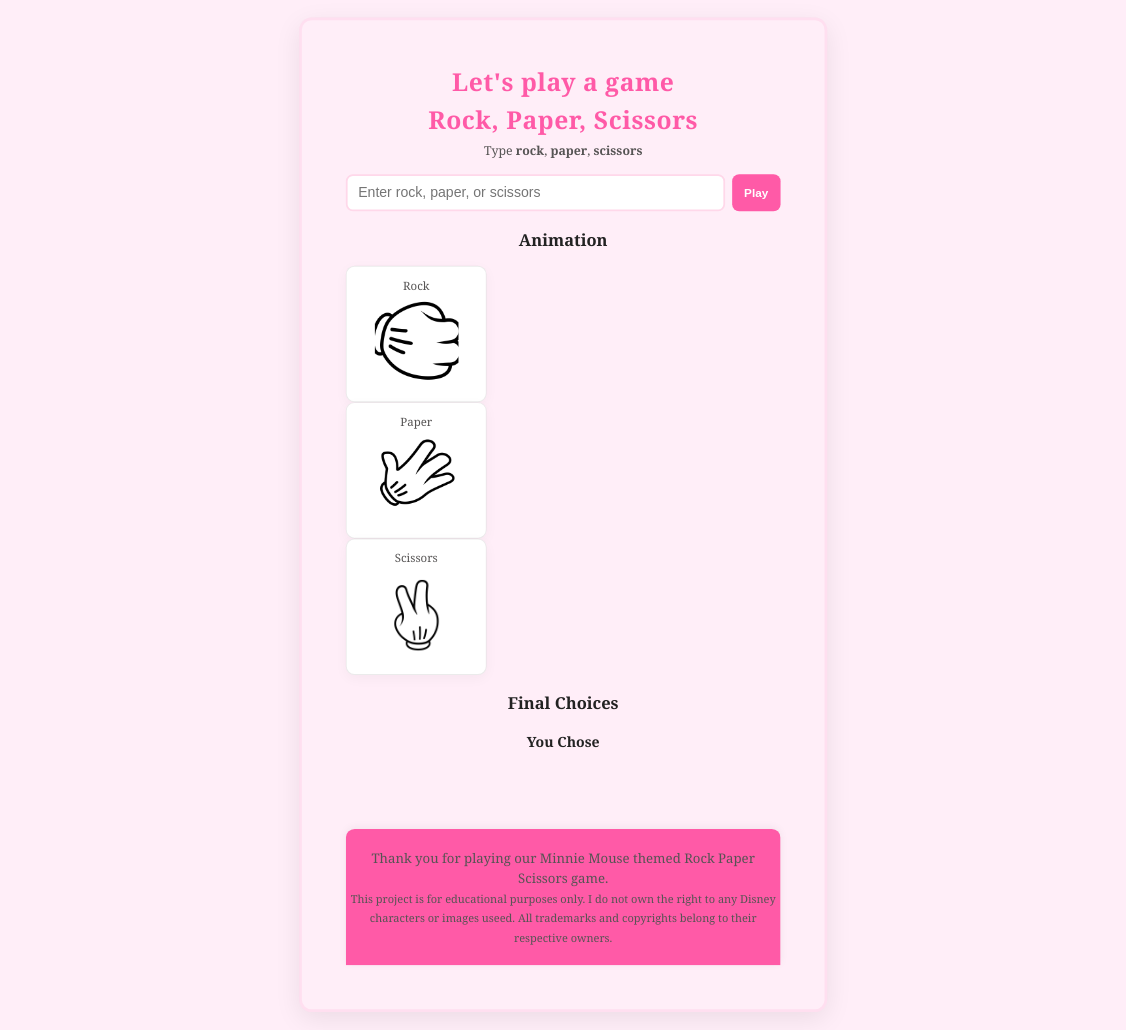
Repository: brittanyramirez/RPS-Game
Page: rps.html
An editor plug-in stored every save of this project. The page is shown before and after a run of saves, followed by the edit.
The browser window is 1280 px wide. The pictures show the whole page, at 88% of full size.

Above is the page before, as saved 2025-11-14 18:40:42.

### rps.html
<!DOCTYPE html>
<html lang="en">
<head>
    <meta charset="UTF-8">
    <meta name="viewport" content="width=device-width, initial-scale=1.0">
    <link rel="stylesheet" href="rps.css">
    <title>Rock Paper Scissor Game</title>

</head>
<body>
    <!-- This is the main container that holds the whole game-->
    <div class="page-center">
        <div class="container">

         <h1 class="title">Let's play a game</h1>
         <h2 class="title">Rock, Paper, Scissors</h2>

         <!--instructions-->
         <p class="subtitle"> Type <strong>rock</strong>, <strong>paper</strong>, <strong>scissors</strong></p>

         <!-- this is the input box-->
         <div class="input-row">
            <input id="userInput" type="text" placeholder="Enter rock, paper, or scissors" autocomplete="off">
            <button id="playBtn"> Play</button>
    </div>
  <!-- animation section-->
   <h3 class="section-title">Animation</h3>
   <div class="display-row">

        <!--rock image-->
        <div class="choice-block">
            <div class="label">Rock</div>
            <img id="rock" class="choice-img" src="images/rockmickey.png" alt="rock">
        </div>

        <!--paper image-->
     <div class="choice-block">
            <div class="label">Paper</div>
            <img id="paper" class="choice-img" src="images/paperminnie.png" alt="paper">
    </div>

        <!--scissors image-->
        <div class="choice-block">
            <div class="label">Scissors</div>
            <img id="scissors" class="choice-img" src="images/scissorsminnie.png" alt="scissors">
        </div>
<!--final result images-->
<h3 class="section-title">Final Choices</h3>
<div class="result-row">
    <div class="result-box">
        <h4>You Chose</h4>


</div> <!--end of display row-->

</div>  <!--end of container-->
</div> <!--end of page-center-->
<script src="rps.js"></script>

     <footer class="site-footer">
Thank you for playing our Minnie Mouse themed Rock Paper Scissors game. <br> <small>
    This project is for educational purposes only. I do not own the right to any Disney characters or images useed. All trademarks and copyrights belong to their respective owners.
</small>
</footer>
    </body>

</html>

### rps.css
:root{
    --bg: #fff6fb;
    --card: #ffeef8;
    --accent: #ff5aa7;
    --text: #222;
    --muted: #565454;
}
*{box-sizing:border-box}
/* asterisk= universal selector ; applying this to every element on the entire page---- changes how width and height are calculated for all elements. Prevents from elements from accidentally growing bigger
*/

body{
    margin: 0;
    font-family: Cambria, Cochin, Georgia, Times, 'Times New Roman', serif;
    background: var(--card);
    color:var(--text);
    display: block;
    min-height: 100vh;
    padding: 20px;
}

.page-center{
    display: flex;
    justify-content: center;
    width: 100%;
}
.container{
    width: 600px;
    max-width: 90%;
    background: var(--card);
    border-radius: 14px;
    padding: 50px;
    box-shadow: 0 8px 30px rgba(0,0,0,0.08);
    text-align: center;
    border: 3px solid rgba(255,90,167,0.1);
}
.title{
    margin: 0 0 6px;
    font-size: 28px;
    letter-spacing: 0.6px;
    color:var(--accent);
}

.subtitle{
    margin: 0 0 18px;
    color:var(--muted);
    font-size:14px;
}

.input-row{
    display:flex;
    gap:8px;
    justify-content: center;
    margin-bottom:18px;
}

input#userInput{
    flex:1;
    padding: 10px 12px;
    font-size:16px;
    border-radius: 8px;
    border: 2px solid #ffd8ea;
    outline:none;
    background: #fff;
}

button#playBtn{
    padding: 10px 14px;
    border-radius: 8px;
    background:var(--accent);
    color:white;
    font-weight: 600;
    border:none;
    cursor: pointer;
}

.display{
    display: flex;
    gap:18px;
    justify-content: center;
    margin-top:8px;
    flex-wrap: wrap;
}

.choice-block{
    width:160px;
    background:white;
    border-radius: 10px;
    padding: 12px;
    border: 1px solid rgba(0,0,0,0.08);
    box-shadow: 0 4px 14px rgba(0,0,0,0.04);
}

.label{
    font-size: 13px;
    color:var(--muted);
    margin-bottom: 8px;
}

.choice-img{
    width: 95px;
    height: 95px;
    object-fit: contain;
    display:block;
    margin: 0 auto 8px;
}

.choice-text{
    min-height: 20px;
    font-weight: 700;
    color:var(--text);
    font-size: 16px;
}

.hidden{
    display:none
}

.result{
    margin-top: 16px;
    font-size: 20px;
    font-weight: 700;
    color:var(--accent);
    min-height: 26px;
}

.site-footer {
    text-align: center;
    padding: 20px 0;
    font-size: 15px;
    color: var(--muted);
    background-color: #ff5aa7;
    border-top: 2px solid rgba(255,90,167,0.1);
    margin-top: 40px;
    width: 100%;
    border-radius: 10px 10px 0 0;
    box-shadow: 0 -2px 10px rgba(0,0,0,0.05);
    line-height: 1.5;
}

@keyframes shake{
    0% {transform: translateX(0); }
    25% {transform: translateX(-10px); }
    50% {transform: translateX(-10px); }
    75% {transform: translateX(-10px); }
    100% {transform: translateX(0); }
}
.shake{
    animation: shake 0.4s ease-in-out 3;
}

### rps.js
// these are the only valid inputs the user can type
const validChoices =["rock","paper", "scissors"];


const images = {
    rock: "rockmickey.png",
    paper: "paperminnie.png",
    scissors: "scissorsminnie.png"
};

//grabs input and button elements from html
const userInput = document.getElementById("userInput");
const playBtn = document.getElementById("playBtn");

// this will display the result text in the html
const resultDiv = document.createElement("div");
resultDiv.id = "result";
resultDiv.className = "result";
document.querySelector(".container").appendChild(resultDiv);



//function: randomly pick rock, paper, or scissors for the computer
function getComputerChoice() {
    const i = Math.floor(Math.random() * 3);
    return validChoices[i];
}

//function: compare choices and return the winner message
function decideWinner(user, computer){
    if (user === computer) return "It's a tie 🤷🏻‍♀️";
    if(
        (user === "rock" && computer === "scissors") ||
        (user === "paper" && computer === "rock") ||
        (user === "scissors" && computer === "paper")
    ) {
         return "You win!🎉";
    }
    return "Computer wins❌💻";
}

//main game function (runs when user clicks play)
function PlayGame(){
    //gets usere input
    const raw = userInput.value.trim().toLowerCase();

    //validate the input
    if (!validChoices.includes(raw)) {
        resultDiv.textContent = "❌Please enter rock, paper, or scissors.";
        return;
    }

    //choices
    const userChoice = raw;
    const computerChoice = getComputerChoice();

    //decide winner
    const result = decideWinner(userChoice, computerChoice);

    //display result

    resultDiv.textContent =
    `You chose: ${userChoice}| Computer chose: ${computerChoice}→${result}`;
}

//click button → play game
playBtn.addEventListener("click", PlayGame);

//press enter → play game
userInput.addEventListener("keydown", function (e){
    if (e.key === "Enter") PlayGame();
});

After the next 3 saves:
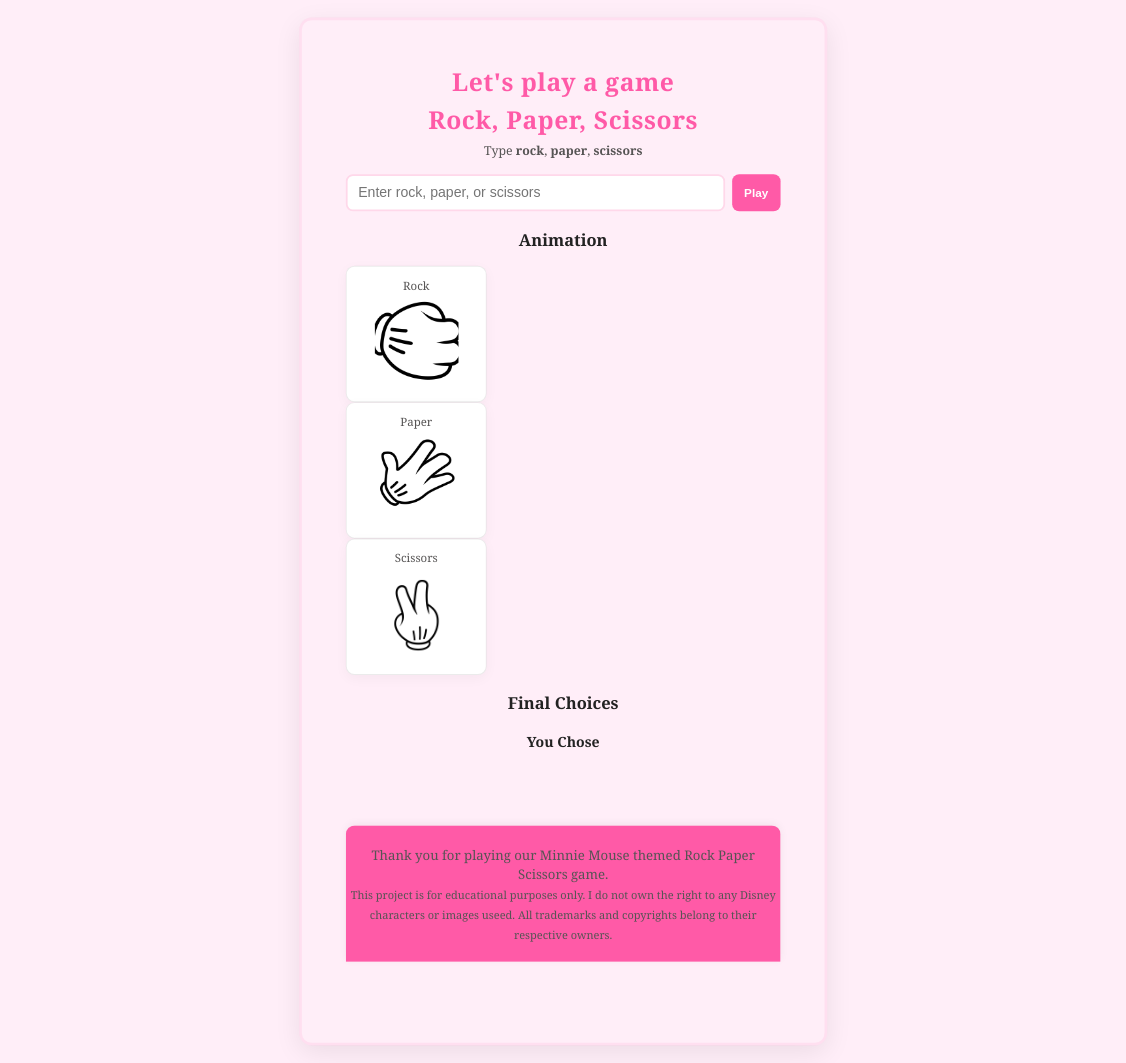
The 3 saves are shown as one change because they came seconds apart.
The last was saved 11 s later.
--- a/rps.html
+++ b/rps.html
@@ -49,6 +49,7 @@
 <div class="result-row">
     <div class="result-box">
         <h4>You Chose</h4>
+        <img id=""
 
 
 </div> <!--end of display row-->
